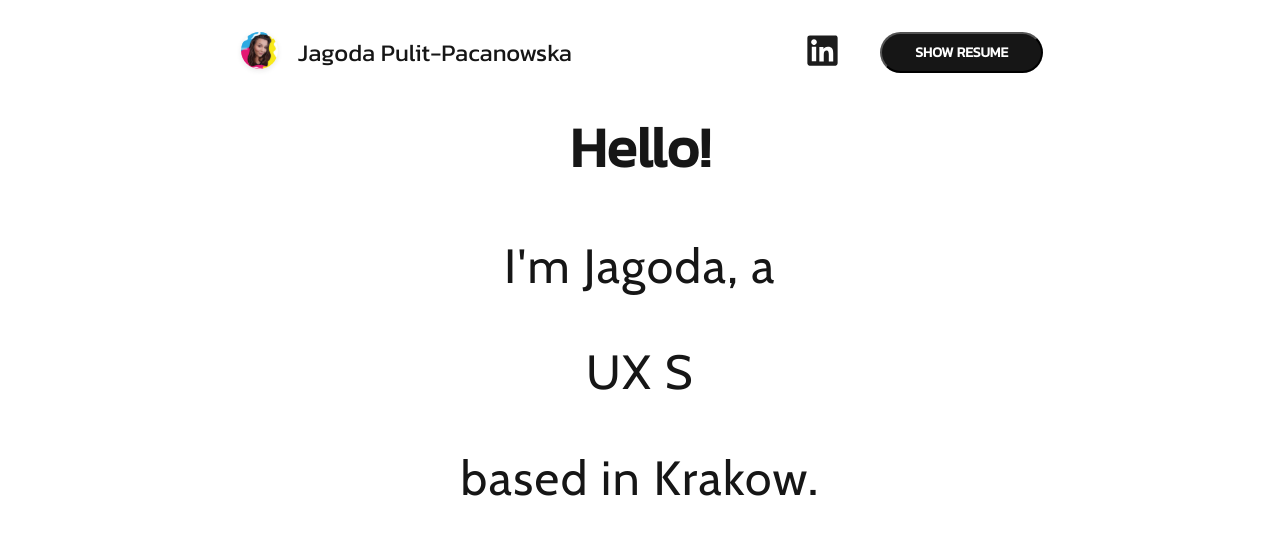
Repository: remigiuszpulit/ux-ui-portfolio
Page: /
An editor plug-in stored every save of this project. The page is shown before and after the next save, followed by the edit.
The browser window is 1280 px wide. The pictures show the whole page.
The project was rebuilt for these pictures with package versions that can differ from the ones it lists, and the page was loaded fresh each time.

Above is the page before, as saved 2022-09-23 02:04:39.

After the next save:
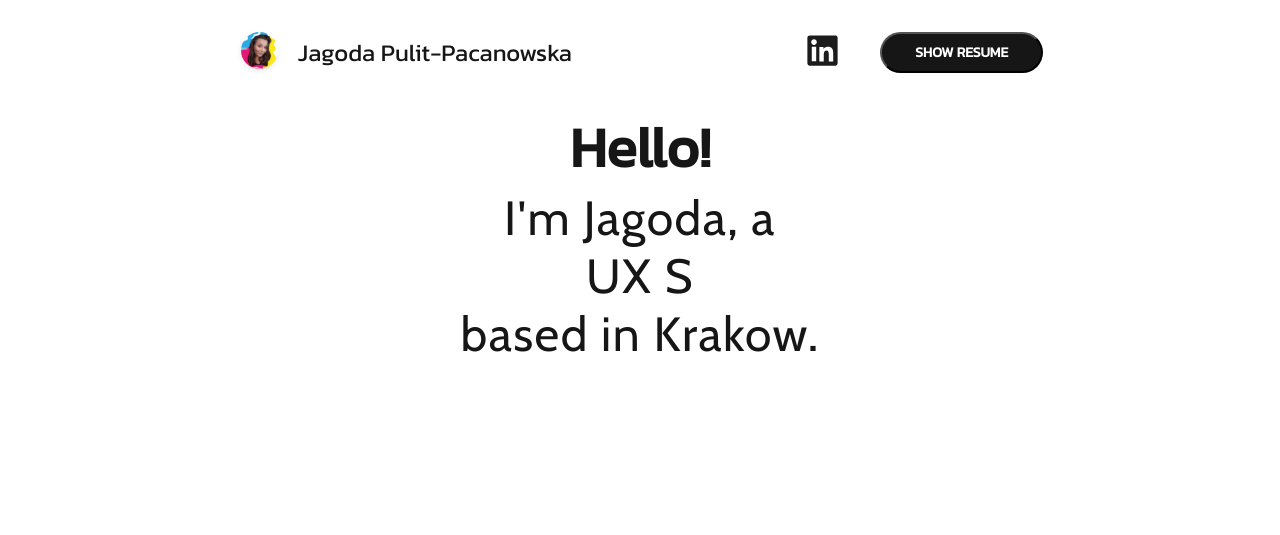
Saved 44 s later.
--- a/src/pages/index.js
+++ b/src/pages/index.js
@@ -41,10 +41,9 @@
         Hello!
     </HelloText>
     <HeroText>
-    <p>I'm Jagoda, a</p>
+    <Text>I'm Jagoda, a</Text>
     {' '}{text}{' '}
-
-    <p> based in Krakow.</p>
+    <Text> based in Krakow.</Text>
     </HeroText>
     </Head></Container>
 );
@@ -85,3 +84,7 @@
 letter-spacing: 1.5px;
 color: #161616;
 `
+
+const Text = styled.p`
+margin: unset;
+`
